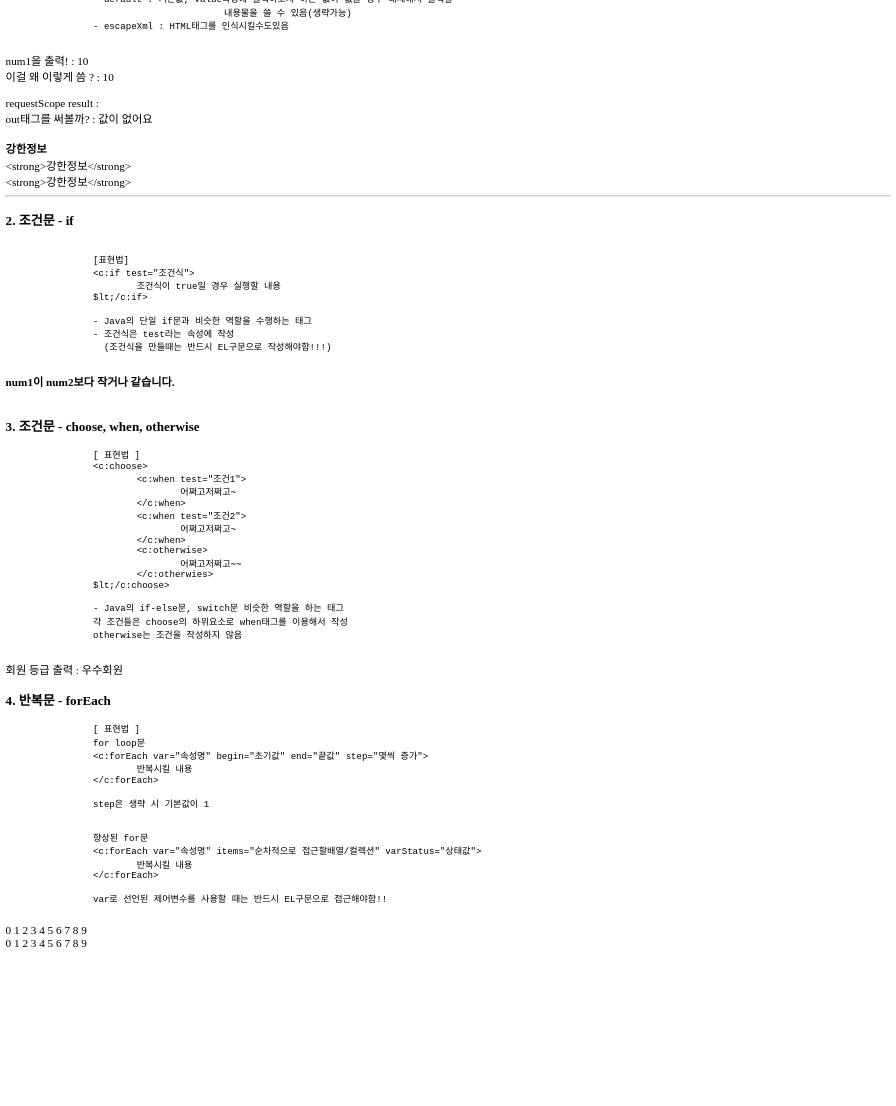
Repository: dltbxkfm86-creator/web
Page: http://localhost/Action/jstl.do
The author's editor kept a copy of each file at every save. The page is drawn from the files as they stood at one save, then again after the next save.
The browser window is 1280 px wide. The pictures show the part of the page from y = 1206 to 3126 px (the page is 2786 px tall before and 3126 px after), at 70% of full size.
The page is served by Tomcat 9. Other server files are loaded and not shown.

Above is the page before, as saved 2025-09-25 01:19:35.

### Action/src/main/webapp/WEB-INF/views/customaction/JSTL.jsp
<%@ page language="java" contentType="text/html; charset=UTF-8"
    pageEncoding="UTF-8"%>
<%@ taglib prefix="c" uri="http://java.sun.com/jsp/jstl/core" %>
<!--
	URI(Uniform Resource Identifier)
	식별자 - 고유한 이름(PK) -> 실제 위치가 아니라 논리적인 식별값

	URL(Uniform Resource Locator)
	위치정보 -> 실제 파일의 경로나 웹 주소
 -->
<!DOCTYPE html>
<html>
<head>
<meta charset="UTF-8">
<title>자신과의 싸움</title>
</head>
<body>
	<h1>JSTL이란..?</h1>

	<p>
		Jakarta Server Page Standard Tag Library <br>
		JSP에서 사용할 수 있는 커스텀 액션 태그 <br>
		공통적으로 사용해야하는 코드들의 집합을 보다 쉽게 사용할 수 있도록 태그로 만들어서 <br>
		표준으로 제공하는 라이브러리(클래스 모음집)
	</p>

	<hr>

	<h3>* 라이브러리를 추가</h3>

	1) https://tomcat.apache.org로 접속 <br>
	2) Standard-1.2.5.jar파일 4개 다 다운받기 <br>
	3) WEB-INF/lib폴더에 추가해주기 <br>

	<h4>* JSTL 선언</h4>

	<p>
		JSTL을 사용하고자하는 해당 JSP파일 상단에 <br>
		(보통 page지시어 바로 밑어) <br>
		taglib지시어를 사용해서 선언함 <br><br>

		[ 표현법 ]<br>
		&lt;@ taglib prefix="접두어" uri="파일uri">
	</p>

	<hr>

	<h4>JSTL Core Libaray(오늘의 주인공)</h4>

	<p>
		변수와 조건문, 반복문 등의 로직과 관련된 태그들을 제공
	</p>

	<h5>변수(사실 변수아님 속성선언하기 == Attribute)</h5>

	<pre>
		솔직하게 이야기. 아까 배운 Scope들에게 새로운 속성 추가하는 방법
		[ 표현법 ]
		&lt;c:set var="키값" value="리터럴값" scope="스코프영역지정(생략가능)" />
		- Scope에 새로운 Attribute를 추가할 수 있는 태그
		- 더 나아가서 어떤 Scope에 추가할건지도 지정 가능(생략 시 pageScope에 담김)

	</pre>
	<%
		request.setAttribute("num1", 10);
	%>

	<c:set var="num1" value="10" />
	<c:set var="num2" value="20" scope="request"/>
	<c:set var="result" value="${ num1 + num2 }" scope="session" />

	num1의 값 : ${ num1 } <br>
	num2의 값 : ${ num2 } <br>
	result의 값 : ${ result } <br>

	<c:set var="result" scope="request">9999</c:set>
	<!--  value속성 말고 시작태그와 종료태그 사이에도 대입할 값을 기술할 수 있음 -->

	<hr>

	<pre>
		* 속성삭제(&lt;c:remove var="제거하려고하는 키값" scope="스코프영역(생략가능)"/>)

		- 해당 Attribute를 Scope영역에서 제거하는 태그
		- Scope속성을 작성하지 않으면 모든 scope에서 해당 Attribute를 찾아서 다 제거함
	</pre>

	삭제 전 result : ${ result } <br>

	<hr>

	requestScope에서 result속성을 삭제 <br>
	<c:remove var="result" scope="request"/>

	삭제 후 result : ${ result } <br>

	<hr>

	<pre>
		* 속성 출력(&lt;c:out value="출력할값" default="기본값" escapseXml="t/f"/>)
		- 데이터를출력하려고 할 때 사용하는 태그
		- default : 기본값, value속성에 출력하고자 하는 값이 없을 경우 대체해서 출력할
					내용물을 쓸 수 있음(생략가능)
		- escapeXml : HTML태그를 인식시킬수도있음
	</pre>

	num1을 출력! : <c:out value="${ num1 }" /> <br>
	이걸 왜 이렇게 씀 ? : ${ num1 } <br>

	<br>

	requestScope result : ${ requestScope.result } <br>
	out태그를 써볼까? : <c:out value="${ requestScope.result }" default="값이 없어요" />

	<br>

	<c:set var="outStr" value="<strong>강한정보</strong>"/>
	<br>
	${ outStr } <br>
	<c:out value="${ outStr }" /> <br>
	&lt;strong>강한정보&lt;/strong>

	<hr>

	<h3>2. 조건문 - if</h3>

	<pre>

		[표현법]
		&lt;c:if test="조건식">
			조건식이 true일 경우 실행할 내용
		$lt;/c:if>

		- Java의 단일 if문과 비슷한 역할을 수행하는 태그
		- 조건식은 test라는 속성에 작성
		  (조건식을 만들때는 반드시 EL구문으로 작성해야함!!!)
	</pre>
	<%--
	<% if((int)request.getAttribute("v1") > (int)request.getAttribute("v2")) {%>
		value1이 value2보다 큽니다
	<% } %>
	--%>

	<c:if test="${ num1 gt num2 }">
		<strong>num1이 num2보다 큽니다.</strong> <br>
	</c:if>

	<c:if test="${ num1 le num2 }">
		<strong>num1이 num2보다 작거나 같습니다.</strong> <br>
	</c:if>

	<br>

	<h3>3. 조건문 - choose, when, otherwise </h3>

	<pre>
		[ 표현법 ]
		&lt;c:choose>
			&lt;c:when test="조건1">
				어쩌고저쩌고~
			&lt;/c:when>
			&lt;c:when test="조건2">
				어쩌고저쩌고~
			&lt;/c:when>
			&lt;c:otherwise>
				어쩌고저쩌고~~
			&lt;/c:otherwies>
		$lt;/c:choose>

		- Java의 if-else문, switch문 비슷한 역할을 하는 태그
		각 조건들은 choose의 하위요소로 when태그를 이용해서 작성
		otherwise는 조건을 작성하지 않음
	</pre>
	<%--
	<% if(조건1) { %>

	<% } else if(조건2) { %>

	<% } else if(조건2) { %>

	<% } else { %>

	<% } %>
	--%>

	<c:set var="point" value="200" />
	회원 등급 출력 :

	<c:choose>
		<c:when test="${ point le 100 }">
		<!-- choose안에는 when/otherwise말고는 들어가면 안됨 주석 포함 -->
			일반회원 <br>
		</c:when>
		<c:when test="${ point le 300 }">
			우수회원 <br>
		</c:when>
		<c:otherwise>
			<strong>최우수회원</strong> <br>
		</c:otherwise>
	</c:choose>

	<h3>4. 반복문 - forEach </h3>

	<pre>
		[ 표현법 ]
		for loop문
		&lt;c:forEach var="속성명" begin="초기값" end="끝값" step="몇씩 증가">
			반복시킬 내용
		&lt;/c:forEach>

		step은 생략 시 기본값이 1


		향상된 for문
		&lt;c:forEach var="속성명" items="순차적으로 접근할배열/컬렉션" varStatus="상태값">
			반복시킬 내용
		&lt;/c:forEach>

		var로 선언된 제어변수를 사용할 때는 반드시 EL구문으로 접근해야함!!
	</pre>

	<% for(int i = 0; i < 10; i++) { %>
		<%= i %>
	<% } %>

	<br>

	<c:forEach var="i" begin="0" end="9">
		${ i }
	</c:forEach>



	<br><br><br><br><br><br><br><br><br><br><br><br><br>
</body>
</html>

### Action/src/main/java/com/kh/el/controller/JstlServlet.java
package com.kh.el.controller;

import java.io.IOException;
import javax.servlet.ServletException;
import javax.servlet.annotation.WebServlet;
import javax.servlet.http.HttpServlet;
import javax.servlet.http.HttpServletRequest;
import javax.servlet.http.HttpServletResponse;

@WebServlet("/jstl.do")
public class JstlServlet extends HttpServlet {
	private static final long serialVersionUID = 1L;

    public JstlServlet() {
        super();
    }

	protected void doGet(HttpServletRequest request, HttpServletResponse response) throws ServletException, IOException {
		request.getRequestDispatcher("WEB-INF/views/customaction/JSTL.jsp")
			   .forward(request, response);
	}

	/**
	 * @see HttpServlet#doPost(HttpServletRequest request, HttpServletResponse response)
	 */
	protected void doPost(HttpServletRequest request, HttpServletResponse response) throws ServletException, IOException {
		// TODO Auto-generated method stub
		doGet(request, response);
	}

}

After the next save:
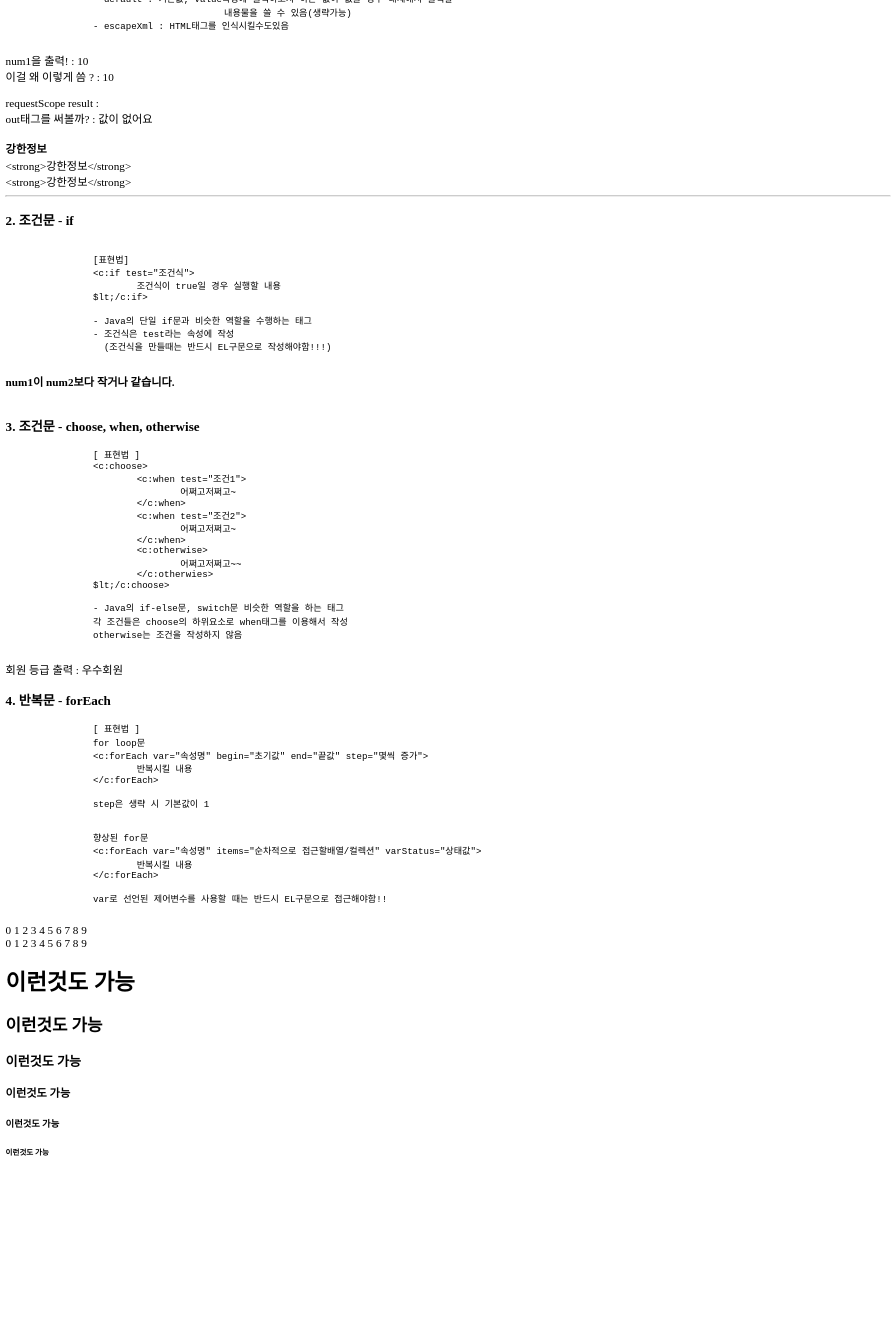
Saved 92 s later.
--- a/Action/src/main/webapp/WEB-INF/views/customaction/JSTL.jsp
+++ b/Action/src/main/webapp/WEB-INF/views/customaction/JSTL.jsp
@@ -229,6 +229,12 @@
 		${ i }
 	</c:forEach>
 
+	<br>
+
+	<c:forEach var="i" begin="1" end="6">
+		<h${ i }>이런것도 가능</h${ i }>
+	</c:forEach>
+
 
 
 	<br><br><br><br><br><br><br><br><br><br><br><br><br>
